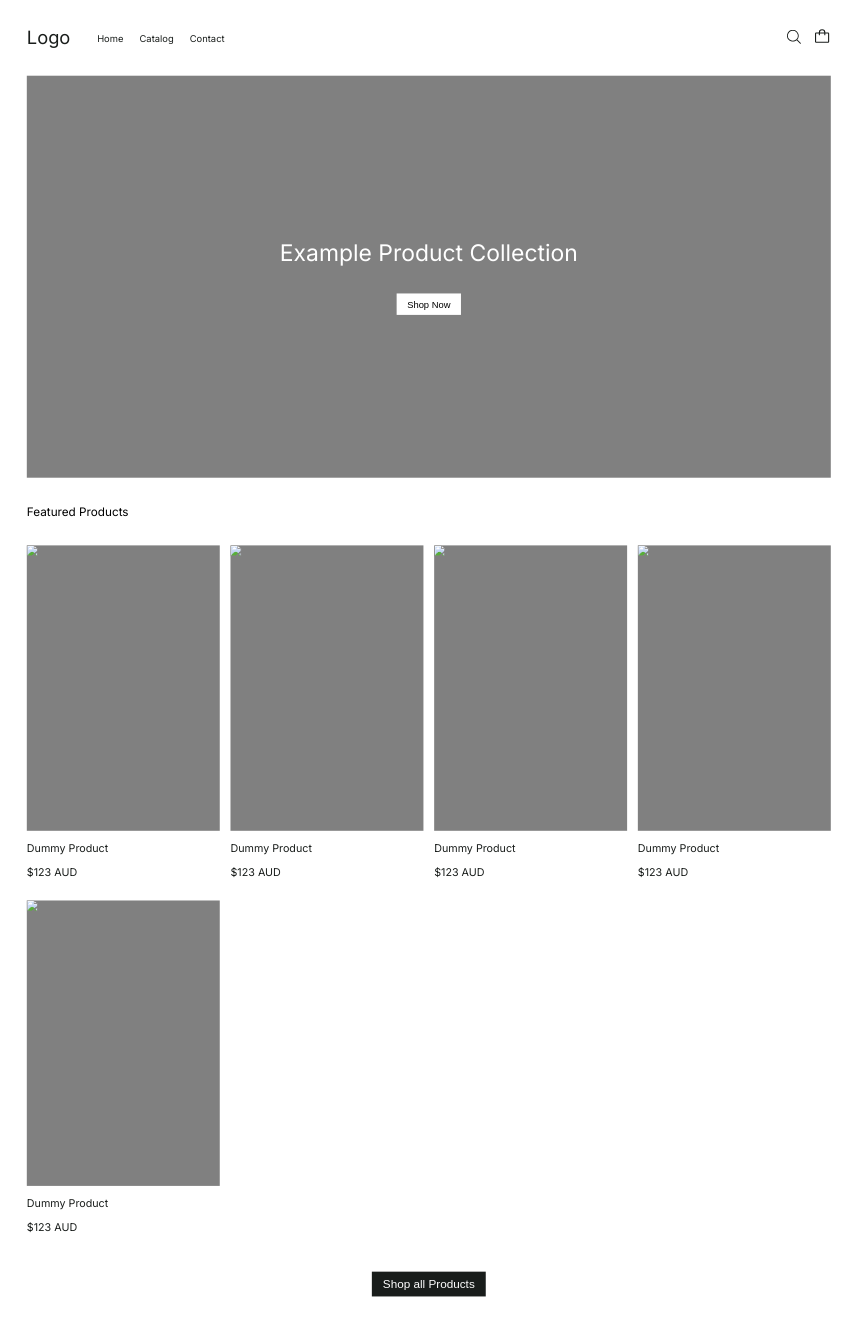
Repository: David-Waite/ecommercefrontendTemplate
Page: /
These files come from the project's save history. The page is drawn as it stood at one moment and after a run of saves; the edit follows.
The browser window is 1280 px wide. The pictures show the whole page, at 67% of full size.
The project was rebuilt for these pictures with package versions that can differ from the ones it lists, and the page was loaded fresh each time. The framework's server and built-in components were replaced by stand-ins that run in the browser. Also part of the build but not shown: next.config.js.

Above is the page before, as saved 2023-08-24 20:38:25.

### app/layout.js
import Nav from "./Components/Nav/Nav";
import "./globals.css";
import { Inter } from "next/font/google";

const inter = Inter({ subsets: ["latin"] });

export const metadata = {
  title: "Create Next App",
  description: "Generated by create next app",
};

export default function RootLayout({ children }) {
  return (
    <html lang="en">
      <body className={inter.className}>
        <Nav />
        {children}
      </body>
    </html>
  );
}

### app/page.js
import Image from "next/image";
import styles from "./page.module.css";
import Link from "next/link";
import PrimaryButton from "./Components/UI/PrimaryButton/PrimaryButton";
import ProductGrid from "./Components/UI/ProductsGrid/ProductGrid";
import ProductCard from "./Components/UI/ProductCard/ProductCard";

export default function Home() {
  const DUMMYFEATUREDPRODUCTS = [
    {
      id: "1",
      image: "",
      name: "Dummy Product",
      price: 123.0,
    },
    {
      id: "2",
      image: "",
      name: "Dummy Product",
      price: 123.0,
    },
    {
      id: "3",
      image: "",
      name: "Dummy Product",
      price: 123.0,
    },
    {
      id: "4",
      image: "",
      name: "Dummy Product",
      price: 123.0,
    },
    {
      id: "5",
      image: "",
      name: "Dummy Product",
      price: 123.0,
    },
  ];

  const featuredProducts = DUMMYFEATUREDPRODUCTS.map(
    ({ id, image, name, price }) => {
      return (
        <ProductCard
          key={id}
          image={image}
          name={name}
          price={price}
          id={id}
          fontSize={"var(--fontMinus1)"}
        />
      );
    }
  );
  return (
    <main className={styles.main}>
      <div className={styles.heroImage}>
        <h1>Example Product Collection</h1>
        <Link href={"#"}>
          <PrimaryButton text={"Shop Now"} />
        </Link>
      </div>

      <div className={styles.featuredProductsContainer}>
        <h2 className={styles.featuredProductHeading}>Featured Products</h2>
        <ProductGrid>{featuredProducts}</ProductGrid>
      </div>
      <div className={styles.shopAllProductsBtn}>
        <PrimaryButton
          text={"Shop all Products"}
          dark={true}
          fontSize={"var(--fontBase)"}
        />
      </div>
    </main>
  );
}

### app/Components/Nav/Nav.js
"use client";
import Link from "next/link";
import { useState } from "react";
import {
  PiMagnifyingGlassLight,
  PiBag,
  PiListLight,
  PiXLight,
} from "react-icons/pi";
import styles from "./Nav.module.css";

export default function Nav() {
  const [navOpen, setNavOpen] = useState(false);

  function toggleMenu() {
    setNavOpen((prev) => !prev);
  }
  return (
    <nav className={styles.nav}>
      <div className={styles.menu} onClick={toggleMenu}>
        {!navOpen && <PiListLight fontSize={24} />}
        {navOpen && <PiXLight fontSize={24} />}
      </div>

      <div className={styles.moblieMenu} style={{ width: !navOpen && "0" }}>
        <Link href="/">Home</Link>
        <Link href="#">Catalog</Link>
        <Link href="#">Contact</Link>
      </div>
      <div className={styles.linksContainer}>
        <Link className={styles.logo} href="/">
          Logo
        </Link>
        <div className={styles.pagesContainer}>
          <Link href="/">Home</Link>
          <Link href="#">Catalog</Link>
          <Link href="#">Contact</Link>
        </div>
      </div>
      <div className={styles.iconsContainer}>
        <Link href="#">
          <PiMagnifyingGlassLight fontSize={26} />
        </Link>
        <Link href="#">
          <PiBag fontSize={26} />
        </Link>
      </div>
    </nav>
  );
}

### app/globals.css
:root {
  --primary: ;
  --black: #191d1b;
  --background: #ffffff;
  --white: #ffffff;
  --grey: #606060;
  --hoverGrey: #c5c5c5;
  --error: #a83c23;
  --max-width: 1500px;
  --fontBase: 17.5px;
  --fontPlus1: 21.88px;
  --fontPlus2: 27.34px;
  --fontPlus3: 34.18px;
  --fontMinus1: 14px;
  --fontMinus2: 11.2px;
  --marginMax: 40px;
  --margin1000: 32px;
  --marginMobile: 16px;
}

* {
  padding: 0;
  margin: 0;
  box-sizing: border-box;
}

### app/page.module.css
.main {
  margin: 0px auto;
  padding: 0px 40px;
  max-width: calc(var(--max-width) + 80px);
}
.heroImage {
  width: 100%;
  height: 600px;
  background-color: grey;
  display: flex;
  gap: 40px;
  flex-direction: column;
  align-items: center;
  justify-content: center;
}

.heroImage h1 {
  font-size: var(--fontPlus3);
  font-weight: 400;
  color: white;
}

.featuredProductsContainer {
  margin: 40px 0;
  display: flex;
  flex-direction: column;
  gap: 40px;
}

.shopAllProductsBtn {
  display: flex;
  margin: 40px 0;
  justify-content: center;
}

.featuredProductHeading {
  font-size: var(--fontBase);
  font-weight: 400;
}

.imageCollage {
  height: 600px;
  width: 100%;

  left: 0;
  margin-bottom: 40px;
  background-color: grey;
}
@media (max-width: 1000px) {
  .main {
    padding: 0px var(--margin1000);
  }
}
@media (max-width: 768px) {
  .main {
    padding: 0px var(--marginMobile);
  }
}

### app/Components/UI/PrimaryButton/PrimaryButton.js
import styles from "./PrimaryButton.module.css";

export default function PrimaryButton({ text, fontSize, dark }) {
  return (
    <button
      className={`${styles.container} ${dark && styles.dark}`}
      style={{
        fontSize: fontSize,
      }}
    >
      {text}
    </button>
  );
}

### app/Components/UI/ProductsGrid/ProductGrid.js
import styles from "./ProductGrid.module.css";
export default function ProductGrid({ children }) {
  return <div className={styles.main}>{children}</div>;
}

### app/Components/UI/ProductCard/ProductCard.js
import Image from "next/image";
import Link from "next/link";
import styles from "./ProductCard.module.css";

export default function ProductCard({ image, name, price, id }) {
  return (
    <Link href={`/catalog/product${id}`} className={styles.main}>
      <div className={styles.imageContainer}>
        <Image src={image} fill={true} alt={name} />
      </div>
      <div className={styles.infoContainer}>
        <p className={styles.name}>{name}</p>
        <p className={styles.price}>${price} AUD</p>
      </div>
    </Link>
  );
}

### app/Components/Nav/Nav.module.css
.nav {
  display: flex;
  align-items: center;
  justify-content: space-between;
  margin: 0px auto;
  padding: 40px;
  max-width: calc(var(--max-width) + 80px);
  position: relative;
}

.linksContainer {
  display: flex;
  align-items: center;
  justify-content: center;
  gap: 40px;
}

.pagesContainer {
  display: flex;
  gap: 24px;
}

.pagesContainer {
  font-size: var(--fontMinus1);
}

.iconsContainer {
  display: flex;
  gap: 16px;
}
.nav a {
  text-decoration: none;
  color: var(--black);
}

.logo {
  font-size: var(--fontPlus2);
}
.moblieMenu {
  position: absolute;
  flex-direction: column;
  width: 400px;
  left: 0;
  top: 113px;
  height: calc(100vh - 113px);
  transition: 0.3s;
  overflow: hidden;
}
.moblieMenu a {
  padding: 16px 32px;
}

.moblieMenu a:hover {
  background-color: var(--hoverGrey);
}
.menu,
.moblieMenu {
  display: none;
}
@media (max-width: 1000px) {
  .nav {
    padding: 40px var(--margin1000);
  }
  .pagesContainer {
    display: none;
  }
  .menu {
    display: block;
  }
  .moblieMenu {
    display: flex;
  }
  .logo {
    margin-left: 42px;
  }
}
@media (max-width: 768px) {
  .nav {
    padding: 40px var(--marginMobile);
  }
  .moblieMenu {
    width: 90vw;
  }
}

### app/Components/UI/PrimaryButton/PrimaryButton.module.css
.container {
  background-color: var(--white);
  padding: 8px 16px;
  border: none;
  cursor: pointer;
  font-size: var(--fontMinus1);
}

.dark {
  background-color: var(--black);
  color: var(--white);
}

.container:hover {
  background-color: var(--hoverGrey);
}

### app/Components/UI/ProductsGrid/ProductGrid.module.css
.main {
  display: grid;
  grid-template-columns: repeat(5, 1fr);

  gap: 40px;
}

@media (max-width: 1500px) {
  .main {
    grid-template-columns: repeat(4, 1fr);
    gap: 16px;
  }
}

@media (max-width: 1000px) {
  .main {
    grid-template-columns: repeat(2, 1fr);
    gap: 32px;
  }
}

@media (max-width: 778px) {
  .main {
    gap: 8px;
  }
}

### app/Components/UI/ProductCard/ProductCard.module.css
.imageContainer {
  height: calc((((1500px - 160px) / 5) * 1.5));
  position: relative;
  /* (total view width / amount of padding total (container + total gap)) / amount of col - 3 * 2) */
  background-color: grey;
}

.main {
  text-decoration: none;
}

.infoContainer {
  display: flex;
  flex-direction: column;
  gap: 16px;
  margin: 16px 0;
  color: var(--black);
}

@media (max-width: 1500px) {
  .imageContainer {
    height: calc((100vw - 64px - (var(--marginMax) * 2)) / 4 * 1.5);
    /* (total view width / amount of padding total (container + total gap)) / amount of col - 3 * 2) */
  }
}

@media (max-width: 1000px) {
  .imageContainer {
    height: calc((100vw - 32px - (var(--margin1000) * 2)) / 2 * 1.5);
    /* (total view width / amount of padding total (container + total gap)) / amount of col - 3 * 2) */
  }
}

@media (max-width: 778) {
  .imageContainer {
    height: calc((100vw - 8px - (var(--marginMobile) * 2)) / 2 * 1.5);
    /* (total view width / amount of padding total (container + total gap)) / amount of col - 3 * 2) */
  }
}

### app/Components/Footer/Footer.js
export default function Footer() {
  return (
    <footer>
      <p>
        Copyright &copy; David Waite, 2023. <br />
        All rights reserved.
      </p>
    </footer>
  );
}

After the next 2 saves:
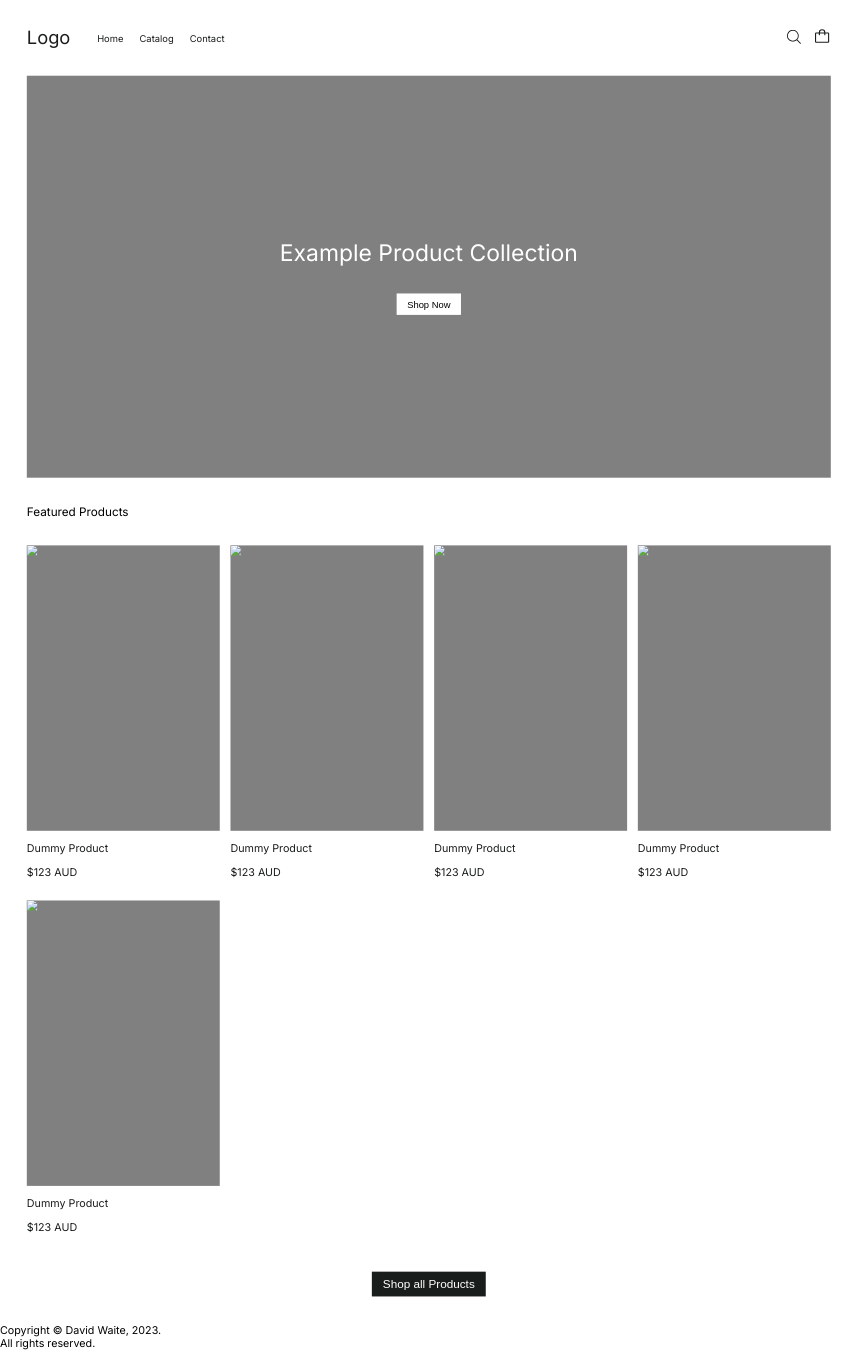
The 2 saves are shown as one change because 1 did not build or start.
The last was saved 31 s later.
--- a/app/layout.js
+++ b/app/layout.js
@@ -1,3 +1,4 @@
+import Footer from "./Components/Footer/Footer";
 import Nav from "./Components/Nav/Nav";
 import "./globals.css";
 import { Inter } from "next/font/google";
@@ -15,6 +16,7 @@ export default function RootLayout({ children }) {
       <body className={inter.className}>
         <Nav />
         {children}
+        <Footer />
       </body>
     </html>
   );
